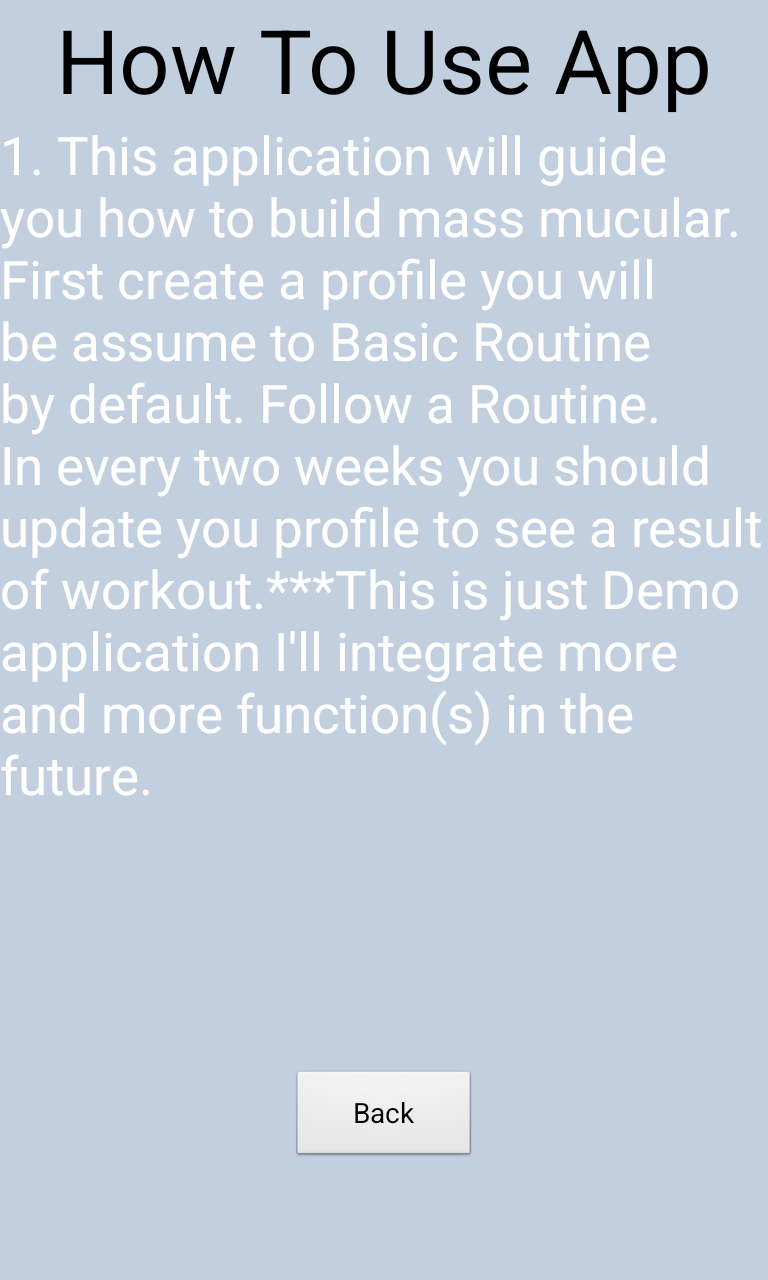
Repository: parinya1968/My-project
Layout: DroidWork/getBig/res/layout/howto.xml
These files come from the project's save history. The layout is drawn as it stood at one moment and after the next save; the edit follows.
It is drawn on a 768 x 1280 px phone screen (xhdpi) without system bars, with theme android:Theme.NoTitleBar.Fullscreen; the app's code is not run.

Above is the layout before, as saved 2012-06-20 05:24:31.

After the next save:
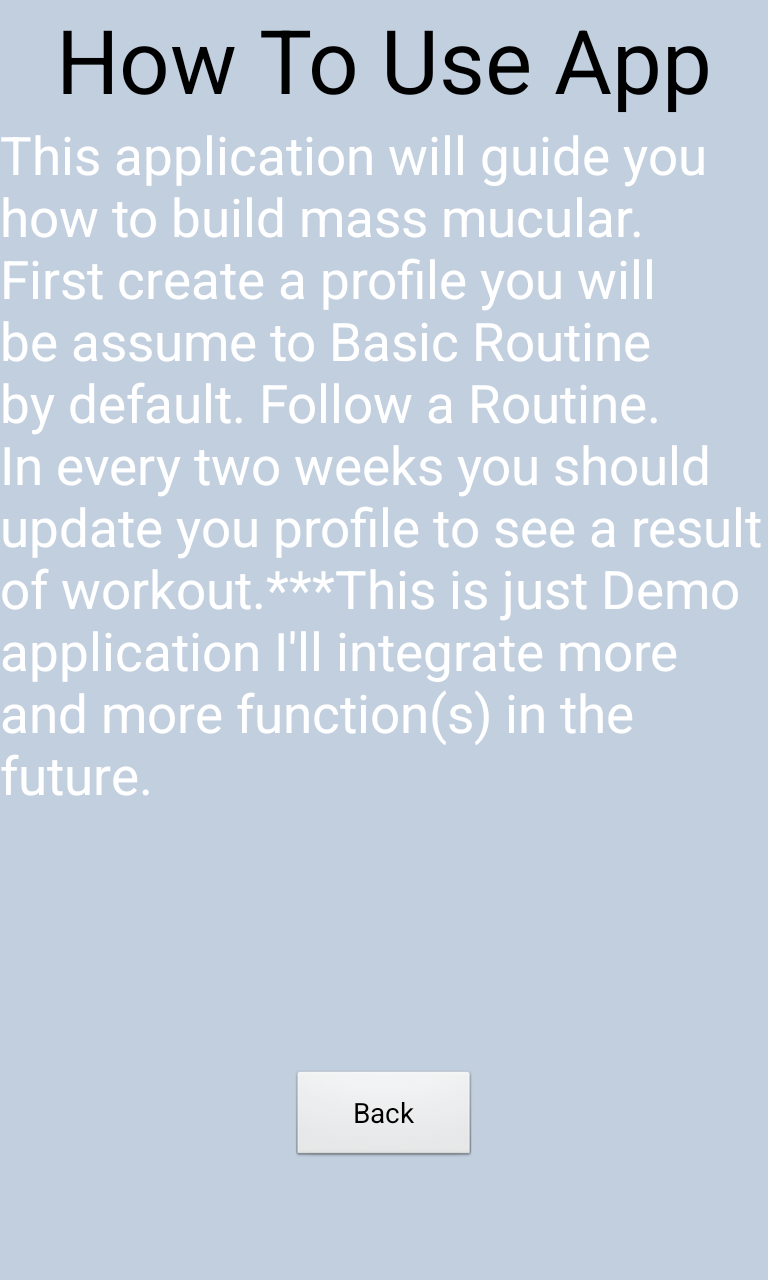
Saved 21 s later.
--- a/DroidWork/getBig/res/layout/howto.xml
+++ b/DroidWork/getBig/res/layout/howto.xml
@@ -21,7 +21,7 @@
         android:layout_width="match_parent"
         android:layout_height="475dp"
         android:layout_gravity="center"
-        android:text="1. This application will guide you how to build mass mucular. First create a profile you will be assume to Basic Routine by default. Follow a Routine. In every two weeks you should update you profile to see a result of workout.***This is just Demo application I&apos;ll integrate more and more function(s) in the future."
+        android:text="This application will guide you how to build mass mucular. First create a profile you will be assume to Basic Routine by default. Follow a Routine. In every two weeks you should update you profile to see a result of workout.***This is just Demo application I&apos;ll integrate more and more function(s) in the future."
         android:textColor="@android:color/white"
         android:textSize="12pt" />
 
